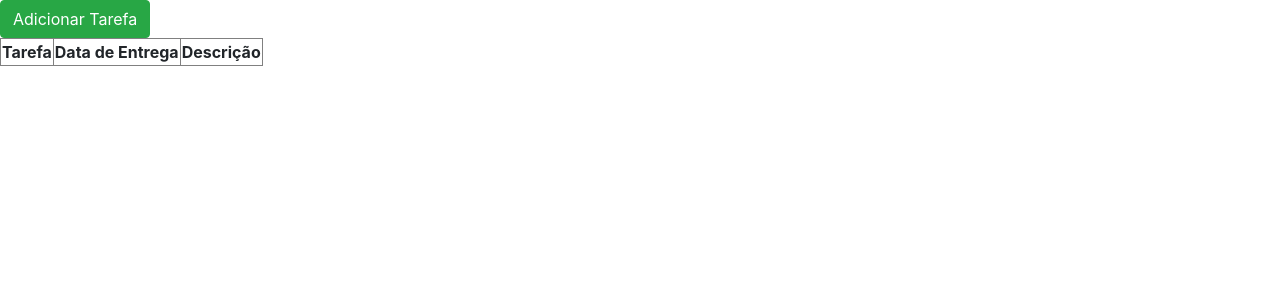
Repository: sophiaks/CRUD
Page: http://localhost/Projeto1/Views/lista.jsp
The author's editor kept a copy of each file at every save. The page is drawn from the files as they stood at one save, then again after the next save.
The browser window is 1280 px wide. The pictures show the whole page.
The page is served by Tomcat 9. Nobody is signed in. The application's start-up code is not run. Queries for data that is not in the repository find no rows.

Above is the page before, as saved 2020-09-23 18:50:28.

After the next save:
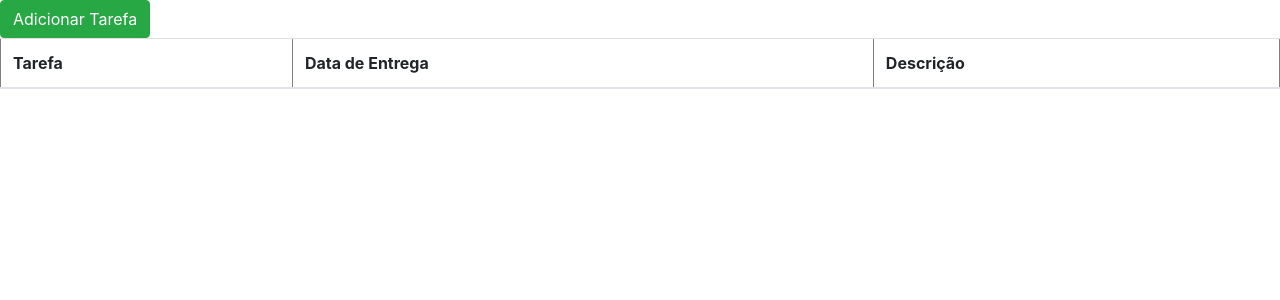
Saved 73 s later.
--- a/WorkspaceP1/Projeto1/WebContent/Views/lista.jsp
+++ b/WorkspaceP1/Projeto1/WebContent/Views/lista.jsp
@@ -15,7 +15,7 @@
 	<jsp:useBean id="dao" class="br.edu.insper.DAO"/>
 	<a href="<%=request.getContextPath()%>/adiciona"
 					class="btn btn-success">Adicionar Tarefa</a>
-	<table border='1'>
+	<table border='1' class="table">
 				<thead>
 					<tr>
 						<th>Tarefa</th>
